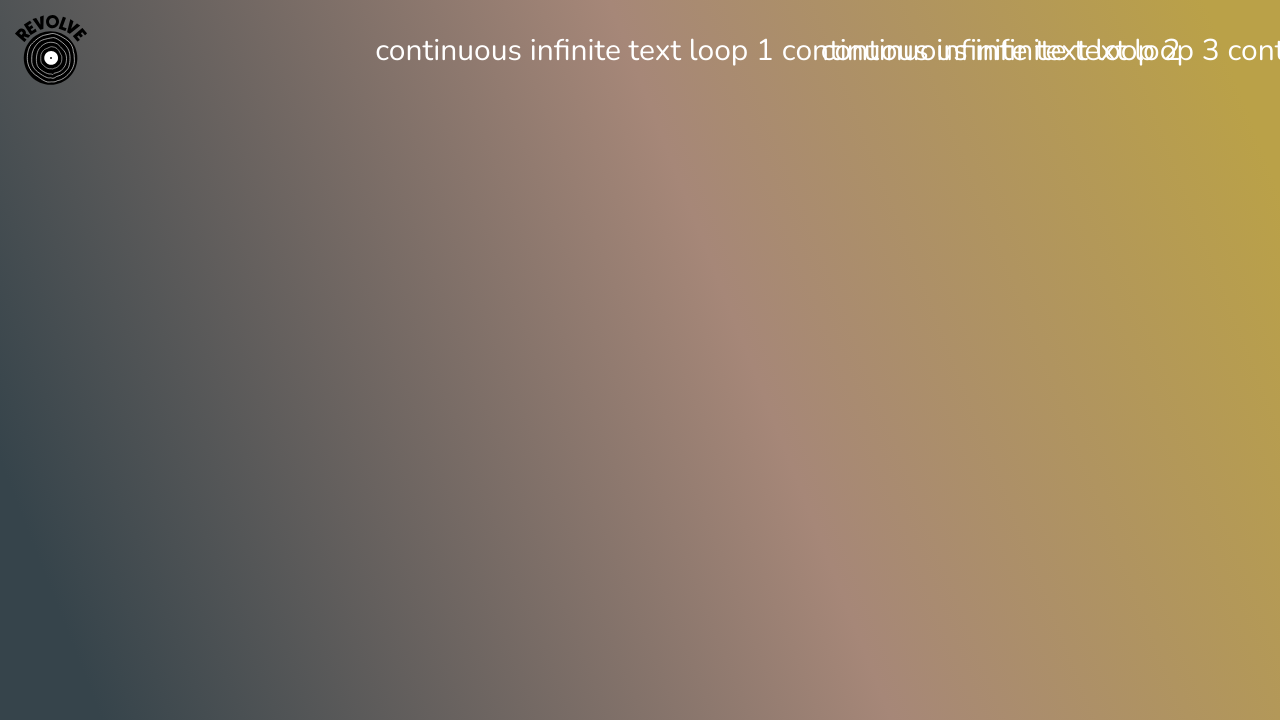
Repository: julianm09/revolve-app
Page: /
An editor plug-in stored every save of this project. The page is shown before and after the next save, followed by the edit.
The browser window is 1280 px wide. The pictures show the whole page.
The project was rebuilt for these pictures with package versions that can differ from the ones it lists, and the page was loaded fresh each time. The framework's server and built-in components were replaced by stand-ins that run in the browser. Also part of the build but not shown: next.config.js, data/albums.js, comps/AlbumGrid/index.js, comps/MainButton/index.js, comps/NowPlaying/index.js.

Above is the page before, as saved 2021-10-07 13:54:15.

After the next save:
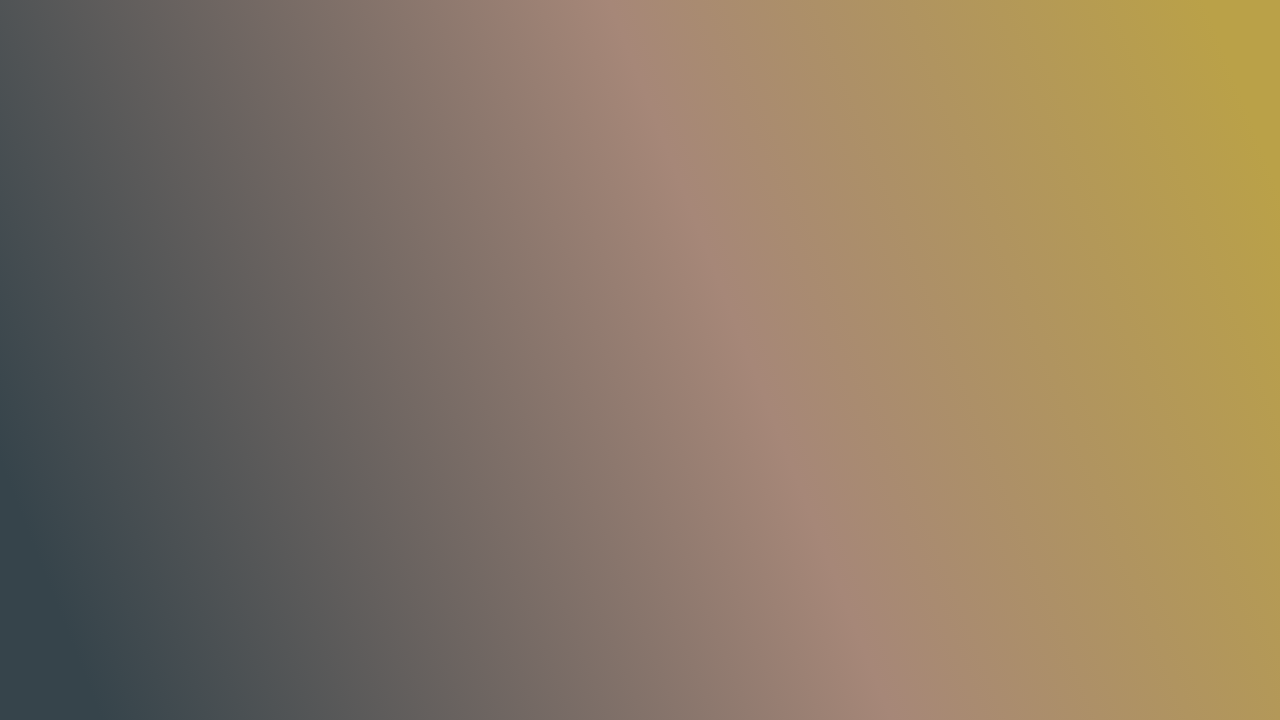
Saved 13 s later.
--- a/pages/index.js
+++ b/pages/index.js
@@ -26,7 +26,7 @@
     {/* <Logo onClick={() => router.push('/')}/> */}
     {/* <TrackLoop/>
     <NowPlaying /> */}
-    <Logo />
+    {/* <Logo /> */}
   </Main>
 
 

After the save that followed:
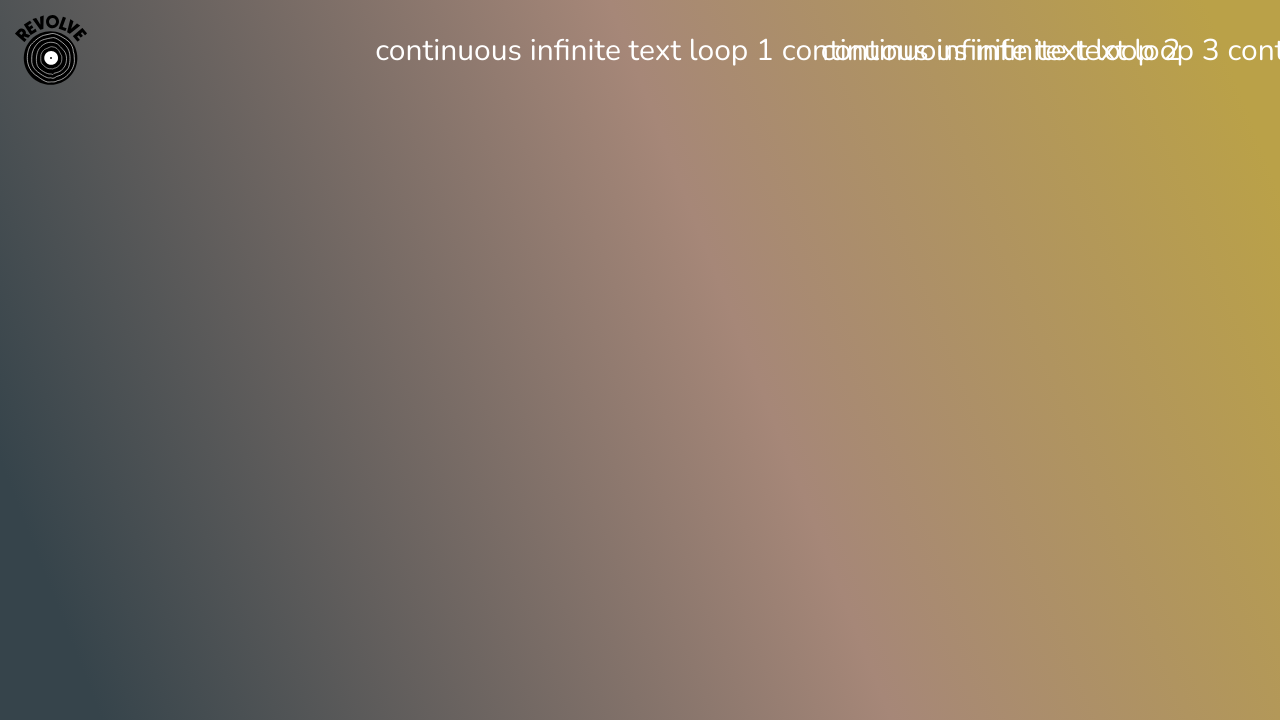
Saved 4 s later.
--- a/pages/index.js
+++ b/pages/index.js
@@ -26,7 +26,7 @@
     {/* <Logo onClick={() => router.push('/')}/> */}
     {/* <TrackLoop/>
     <NowPlaying /> */}
-    {/* <Logo /> */}
+    <Logo />
   </Main>
 
 
